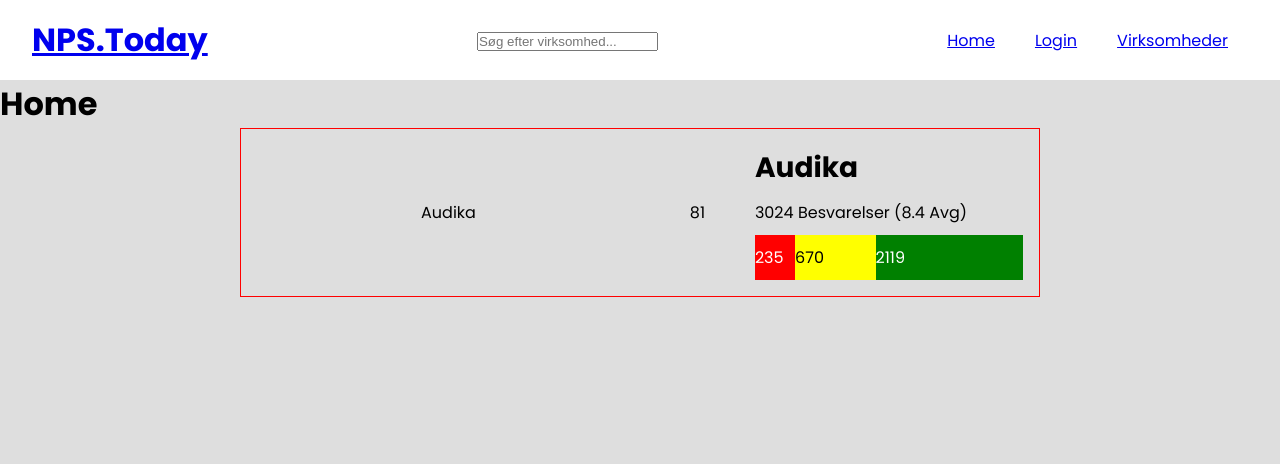
Repository: Shaydx/reviews
Page: /
These files come from the project's save history. The page is drawn as it stood at one moment and after the next save; the edit follows.
The browser window is 1280 px wide. The pictures show the whole page.
The project was rebuilt for these pictures with package versions that can differ from the ones it lists, and the page was loaded fresh each time.

Above is the page before, as saved 2020-10-13 16:34:05.

After the next save:
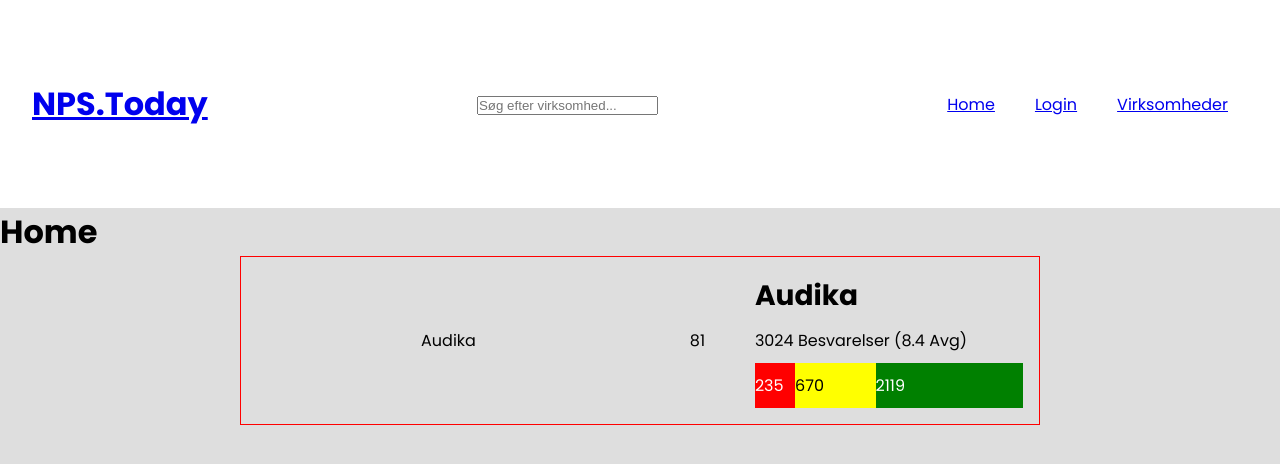
Saved 30 s later.
--- a/src/assets/partials/_header.scss
+++ b/src/assets/partials/_header.scss
@@ -4,5 +4,5 @@
   align-items: center;
 
   background: $white;
-  padding: 1rem 2rem;
+  padding: 80px 2rem;
 }

After the save that followed:
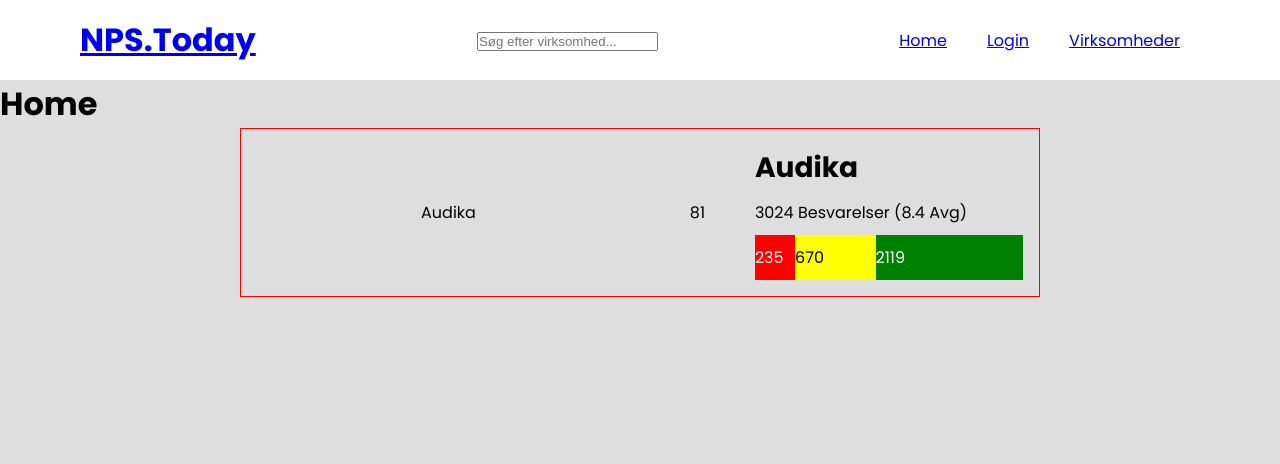
Saved 8 s later.
--- a/src/assets/partials/_header.scss
+++ b/src/assets/partials/_header.scss
@@ -4,5 +4,5 @@
   align-items: center;
 
   background: $white;
-  padding: 80px 2rem;
+  padding: 1rem 80px;
 }
